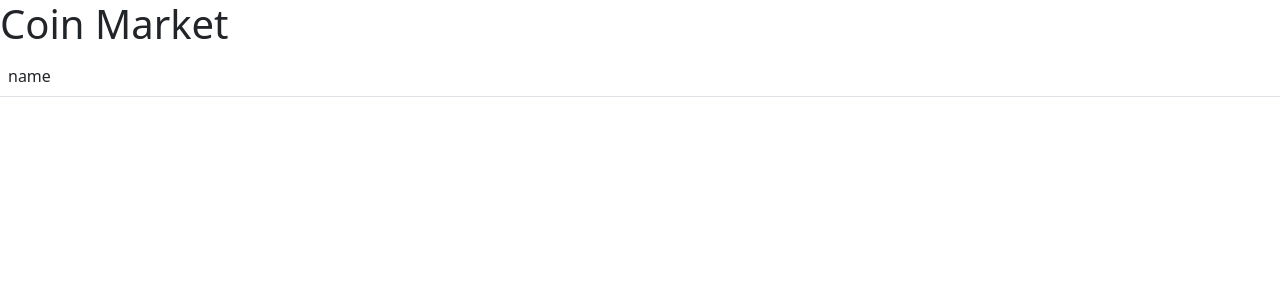
Repository: Ellisvelandia/react-coingecko-api
Page: /
An editor plug-in stored every save of this project. The page is shown before and after the next save, followed by the edit.
The browser window is 1280 px wide. The pictures show the whole page.
The page's requests for data from a server got no answer. The project was rebuilt for these pictures with package versions that can differ from the ones it lists, and the page was loaded fresh each time. No one was signed in, and anything a server would have sent is missing. Also part of the build but not shown: src/index.css, src/App.css.

Above is the page before, as saved 2022-09-11 23:05:54.

### public/index.html
<!DOCTYPE html>
<html lang="en">
  <head>
    <meta charset="utf-8" />
    <link rel="icon" href="%PUBLIC_URL%/favicon.ico" />
    <meta name="viewport" content="width=device-width, initial-scale=1" />
    <meta name="theme-color" content="#000000" />
    <meta
      name="description"
      content="Web site created using create-react-app"
    />
    <link rel="apple-touch-icon" href="%PUBLIC_URL%/logo192.png" />

    <link rel="manifest" href="%PUBLIC_URL%/manifest.json" />

    <title>Coin Market</title>
  </head>
  <body>
    <noscript>You need to enable JavaScript to run this app.</noscript>
    <div id="root"></div>

  </body>
</html>

### src/index.js
import React from 'react';
import ReactDOM from 'react-dom/client';
import './index.css';
import App from './App';
import "bootstrap/dist/css/bootstrap.min.css";

const root = ReactDOM.createRoot(document.getElementById('root'));
root.render(
  <React.StrictMode>
    <App />
  </React.StrictMode>
);

### src/App.js
import { useEffect, useState } from "react";
import "./App.css";
import axios from "axios";
import TableCoins from "./components/TableCoins";

function App() {
const [coins, setCoins] = useState([])

  const getData = async () => {
    const res = await axios.get(
      "https://api.coingecko.com/api/v3/coins/markets?vs_currency=usd&order=market_cap_desc&per_page=100&page=1"
    );
    console.log(res.data);
    setCoins(res.data)
  };

  useEffect(() => {
    getData();
  }, []);

  return (
    <div className="App">
      <h1>Coin Market</h1>
    <TableCoins  coins={coins}/>
    </div>
  );
}

export default App;

### src/components/TableCoins.js
import React from "react";

const TableCoins = ({ coins }) => {
  return (
    <table className="table">
      <thead>
        <tr>
          <td>name</td>
        </tr>
      </thead>
      <tbody>
        {coins.map((coin) => (
          <tr>{coin.name}</tr>
        ))}
      </tbody>
    </table>
  );
};

export default TableCoins;

After the next save:
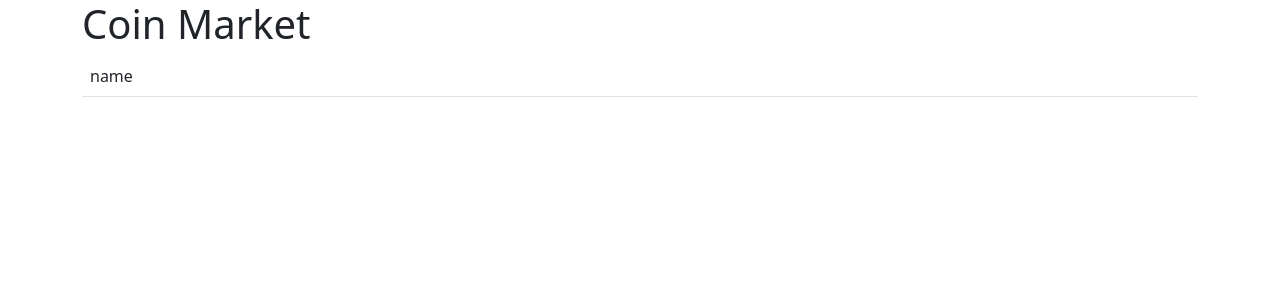
Saved 52 s later.
--- a/src/App.js
+++ b/src/App.js
@@ -19,7 +19,7 @@ const [coins, setCoins] = useState([])
   }, []);
 
   return (
-    <div className="App">
+    <div className="container">
       <h1>Coin Market</h1>
     <TableCoins  coins={coins}/>
     </div>
